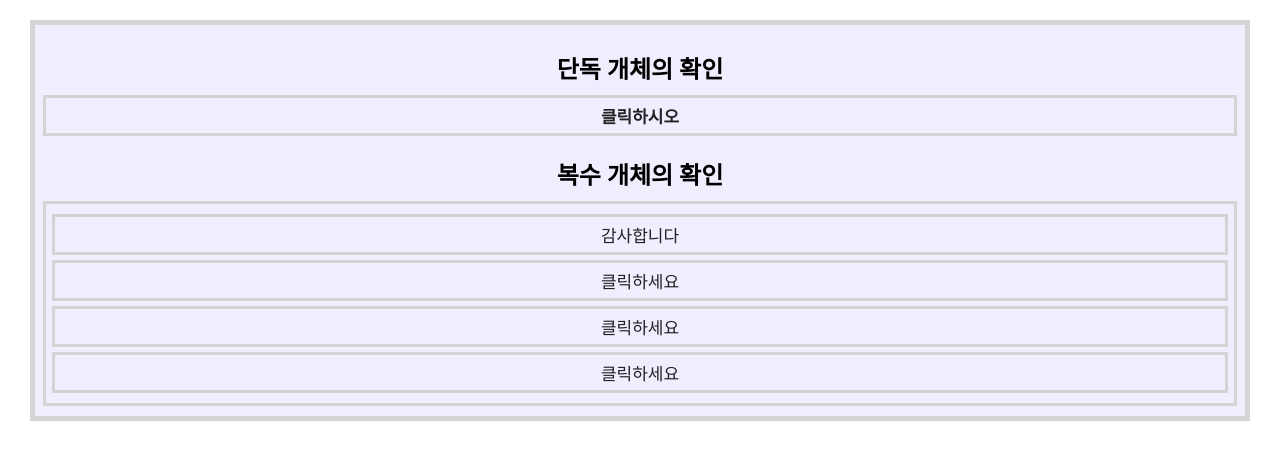
Repository: rwanda95do/bitcamp
Page: jQuery/src/main/webapp/02_jQueryEvent/exam13.html
An editor plug-in stored every save of this project. The page is shown before and after the next save, followed by the edit.
The browser window is 1280 px wide. The pictures show the whole page.
After loading, the first visible `button.multiButton` was clicked once.

Above is the page before, as saved 2024-08-23 03:12:12.

### jQuery/src/main/webapp/02_jQueryEvent/exam13.html
<!DOCTYPE html>
<html>
<head>
<meta charset="UTF-8">
<title>Insert title here</title>
<link rel="stylesheet" href="../css/event.css">


</head>
<body>
	<div id="input">
		<h2>단독 개체의 확인</h2>
		<div id="singleButton">클릭하시오</div>

		<h2>복수 개체의 확인</h2>
		<div>
			<button class="multiButton">클릭하세요</button>
			<button class="multiButton">클릭하세요</button>
			<button class="multiButton">클릭하세요</button>
			<button class="multiButton">클릭하세요</button>
		</div>
	</div>

<script type="text/javascript" src="http://code.jquery.com/jquery-3.7.1.min.js"></script>
<script type="text/javascript">

$(function () {	// <body>를 다 읽은 후에 실행
	$('#singleButton').click(function() {
		$(this).html('감사합니다');		// $(this)는 클릭한 자기자신을 의미한다
	});

	$('.multiButton').click(function() {
		$(this).html('감사합니다');		// $(this)는 클릭한 자기자신을 의미한다
	})

	/* 한번에 class = multiButton은 전부 감사합니다로 바뀜
	$('.multiButton').click(function() {
		$('.multiButton').html('감사합니다');		// $(this)는 클릭한 자기자신을 의미한다
	})
	*/
});
</script>

</body>
</html>

### jQuery/src/main/webapp/css/event.css
@charset "UTF-8";



* {
    padding: 0;
    margin: 10px;
}
#input, #result {
    border: 5px solid #D5D5D5;
    text-align: center;
    width: auto;
    font-weight: bold;
}
#input {
    background: #eef;
    padding: 5px;
}
#input:after {
    content: '';
    display: block;
    float: none;
    clear: both;
}
#input > input, #input > select, #input > div, #input > button, #input > div > button {
    width: 99%;
    text-align: center;
    display: block;
    font-size: 17px;
    color: #222;
    background: #eef;
    border: 3px solid #d3d3d3;
    margin: 5px auto;
    padding: 5px 0;
}
#input > h3 {
    text-align: left;
    margin: 0;
    padding: 10px 0 0 0;
}
#input > h3:before {
    content: '';
    display: block;
    float: none;
    clear: both;
}
#input > label {
    margin: 0;
    padding: 0;
    display: block;
    float: left;
    padding-bottom: 10px;
}
#input > label > input {
    width: auto !important;
    display: inline;
}
#input .myButton {
    box-shadow: inset 0px 1px 0px 0px #54a3f7; /* inset : 박스 안쪽의 그림자 */
    background: linear-gradient(to bottom, #007dc1 5%, #0061a7 100%);
    /* background-color: #007dc1; */
    border-radius: 3px;
    border: 1px solid #124d77;
    display: inline-block;
    color: #ffffff;
    font-family: arial;
    font-size: 15px;
    font-weight: normal;
    padding: 6px 24px;
    text-decoration: none;
    text-shadow: 0px 1px 0px #154682;
}
#input .myButton:hover {
    background: linear-gradient(to bottom, #0061a7 5%, #007dc1 100%);
    background-color: #0061a7;
}
#input .myButton:active {
    position: relative;
    top: 1px;
}

h2 {
    padding-top: 10px;
}
#result {
    padding: 50px;
    font-size: 17px;
    color: #500;
    background: #5AAEFF;
}

After the next save:
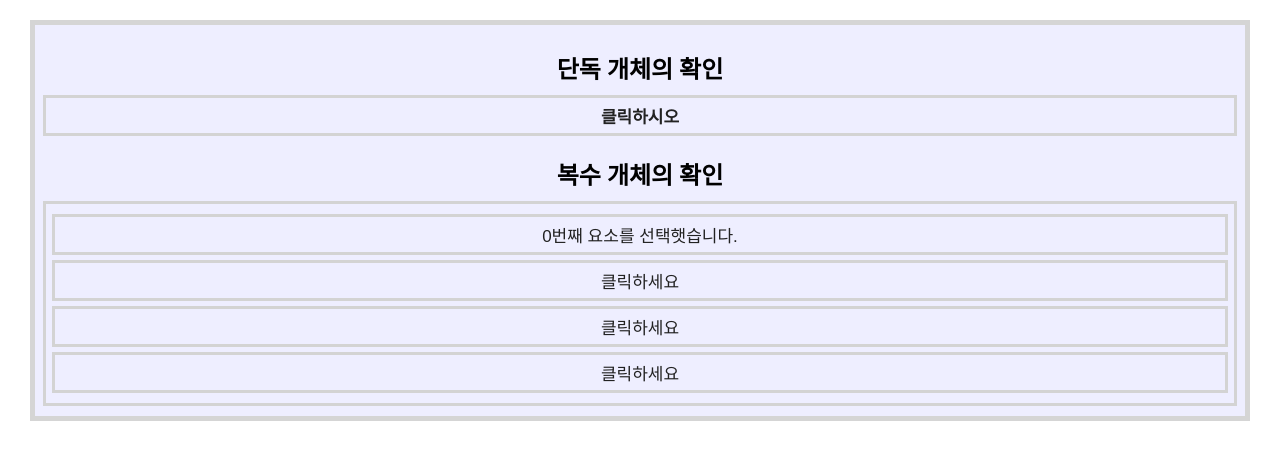
Saved 65 s later.
--- a/jQuery/src/main/webapp/02_jQueryEvent/exam13.html
+++ b/jQuery/src/main/webapp/02_jQueryEvent/exam13.html
@@ -31,6 +31,10 @@ $(function () {	// <body>를 다 읽은 후에 실행
 
 	$('.multiButton').click(function() {
 		$(this).html('감사합니다');		// $(this)는 클릭한 자기자신을 의미한다
+
+		let index = $(this).index()
+		let result = index +'번째 요소를 선택햇습니다.'
+		$(this).html(result);
 	})
 
 	/* 한번에 class = multiButton은 전부 감사합니다로 바뀜
